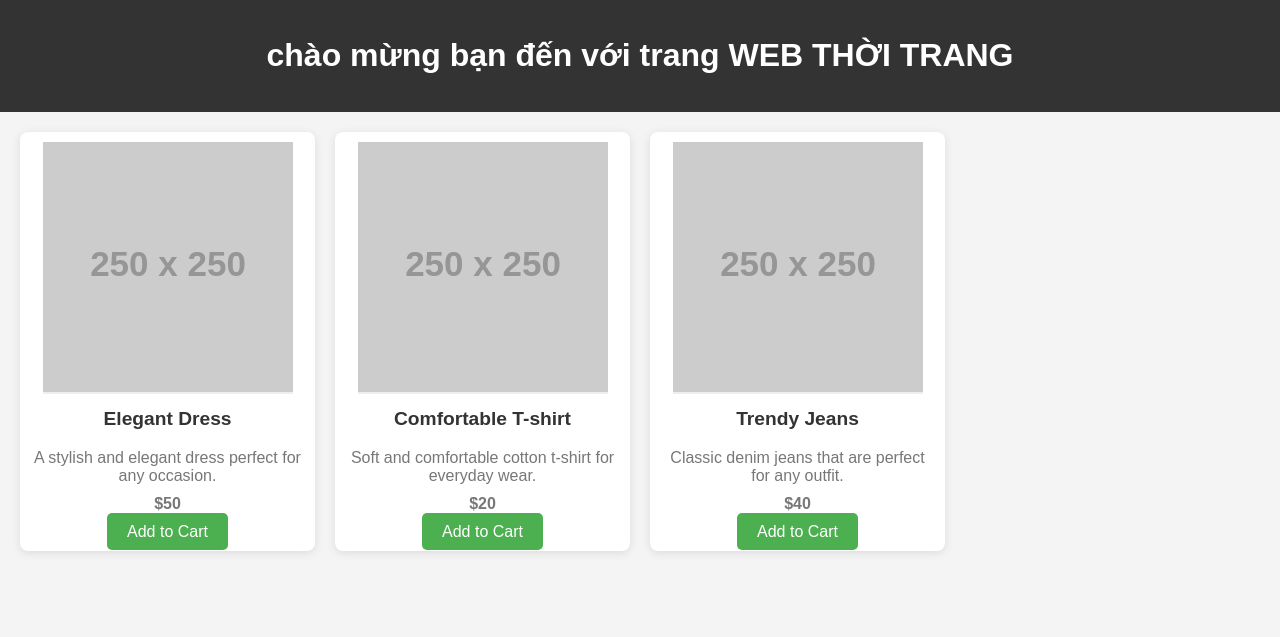
Repository: Thang871/web-thoi-trang
Page: http://localhost/
An editor plug-in stored every save of this project. The page is shown before and after the next save, followed by the edit.
The browser window is 1280 px wide. The pictures show the whole page.
The page is served by the project's application, run on Flask 3 (app.py).

Above is the page before, as saved 2024-11-25 08:27:19.

### templates/products.html
<!DOCTYPE html>
<html lang="en">
<head>
    <meta charset="UTF-8">
    <meta name="viewport" content="width=device-width, initial-scale=1.0">
    <title>Our Fashion Products</title>
    <style>
        body {
            font-family: Arial, sans-serif;
            background-color: #f4f4f4;
            margin: 0;
            padding: 0;
        }
        header {
            background-color: #333;
            color: white;
            text-align: center;
            padding: 1em;
        }
        .product-container {
            display: grid;
            grid-template-columns: repeat(auto-fill, minmax(250px, 1fr));
            gap: 20px;
            padding: 20px;
        }
        .product {
            background: white;
            border-radius: 8px;
            box-shadow: 0 2px 10px rgba(0, 0, 0, 0.1);
            overflow: hidden;
            text-align: center;
            padding: 10px;
        }
        .product img {
            max-width: 100%;
            height: auto;
            border-bottom: 2px solid #eee;
        }
        .product h3 {
            color: #333;
            font-size: 1.2em;
            margin-top: 10px;
        }
        .product p {
            color: #777;
            font-size: 1em;
            margin: 10px 0;
        }
        .price {
            color: #e91e63;
            font-size: 1.4em;
            font-weight: bold;
        }
        .btn-add-to-cart {
            background-color: #4CAF50;
            color: white;
            padding: 10px 20px;
            border: none;
            border-radius: 5px;
            cursor: pointer;
            text-decoration: none;
        }
        .btn-add-to-cart:hover {
            background-color: #45a049;
        }
    </style>
</head>
<body>

    <!-- Header -->
    <header>
        <h1>chào mừng bạn đến với trang WEB THỜI TRANG</h1>
    </header>

    <!-- Product Grid -->
    <div class="product-container">
        <!-- Product 1 -->
        <div class="product">
            <img src="https://via.placeholder.com/250x250" alt="Dress">
            <h3>Elegant Dress</h3>
            <p>A stylish and elegant dress perfect for any occasion.</p>
            <p class="price">$50</p>
            <a href="#" class="btn-add-to-cart">Add to Cart</a>
        </div>

        <!-- Product 2 -->
        <div class="product">
            <img src="https://via.placeholder.com/250x250" alt="T-shirt">
            <h3>Comfortable T-shirt</h3>
            <p>Soft and comfortable cotton t-shirt for everyday wear.</p>
            <p class="price">$20</p>
            <a href="#" class="btn-add-to-cart">Add to Cart</a>
        </div>

        <!-- Product 3 -->
        <div class="product">
            <img src="https://via.placeholder.com/250x250" alt="Jeans">
            <h3>Trendy Jeans</h3>
            <p>Classic denim jeans that are perfect for any outfit.</p>
            <p class="price">$40</p>
            <a href="#" class="btn-add-to-cart">Add to Cart</a>
        </div>
    </div>

</body>
</html>

### app.py
from flask import Flask, render_template, session, redirect, url_for

app = Flask(__name__)
app.secret_key = 'your_secret_key'  # Mã bí mật cho session

# Dữ liệu sản phẩm mẫu
products = [
    {'id': 1, 'name': 'Elegant Dress', 'description': 'A stylish and elegant dress perfect for any occasion.', 'price': 50.00, 'image': 'dress.jpg'},
    {'id': 2, 'name': 'Comfortable T-shirt', 'description': 'Soft and comfortable cotton t-shirt for everyday wear.', 'price': 20.00, 'image': 'tshirt.jpg'},
    {'id': 3, 'name': 'Trendy Jeans', 'description': 'Classic denim jeans that are perfect for any outfit.', 'price': 40.00, 'image': 'jeans.jpg'}
]

@app.route('/')
def home():
    return render_template('products.html', products=products)

@app.route('/add_to_cart/<int:product_id>')
def add_to_cart(product_id):
    product = next((prod for prod in products if prod['id'] == product_id), None)
    if product:
        cart = session.get('cart', [])
        cart.append(product)
        session['cart'] = cart
    return redirect(url_for('home'))

if __name__ == '__main__':
    app.run(debug=True, host='0.0.0.0', port=5000)

After the next save:
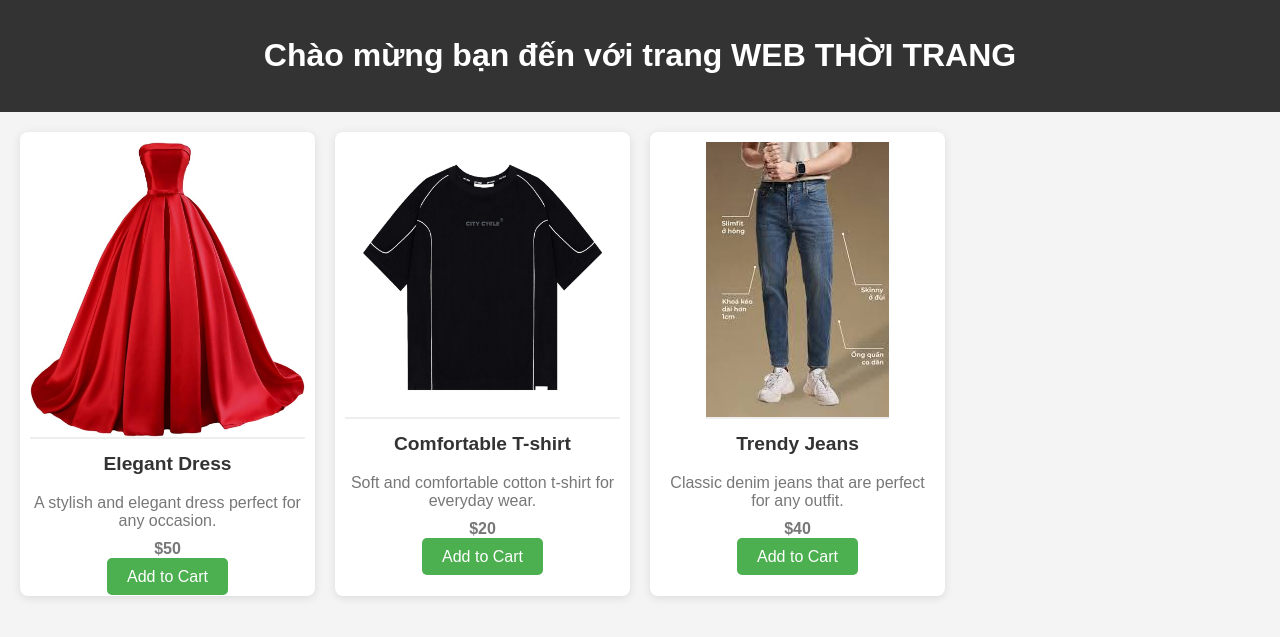
Saved 3 min 0 s later.
--- a/templates/products.html
+++ b/templates/products.html
@@ -69,14 +69,14 @@
 
     <!-- Header -->
     <header>
-        <h1>chào mừng bạn đến với trang WEB THỜI TRANG</h1>
+        <h1>Chào mừng bạn đến với trang WEB THỜI TRANG</h1>
     </header>
 
     <!-- Product Grid -->
     <div class="product-container">
         <!-- Product 1 -->
         <div class="product">
-            <img src="https://via.placeholder.com/250x250" alt="Dress">
+            <img src="{{ url_for('static', filename='images/dress.jpg') }}" alt="Dress">
             <h3>Elegant Dress</h3>
             <p>A stylish and elegant dress perfect for any occasion.</p>
             <p class="price">$50</p>
@@ -85,7 +85,7 @@
 
         <!-- Product 2 -->
         <div class="product">
-            <img src="https://via.placeholder.com/250x250" alt="T-shirt">
+            <img src="{{ url_for('static', filename='images/tshirt.jpg') }}" alt="T-shirt">
             <h3>Comfortable T-shirt</h3>
             <p>Soft and comfortable cotton t-shirt for everyday wear.</p>
             <p class="price">$20</p>
@@ -94,7 +94,7 @@
 
         <!-- Product 3 -->
         <div class="product">
-            <img src="https://via.placeholder.com/250x250" alt="Jeans">
+            <img src="{{ url_for('static', filename='images/jeans.jpg') }}" alt="Jeans">
             <h3>Trendy Jeans</h3>
             <p>Classic denim jeans that are perfect for any outfit.</p>
             <p class="price">$40</p>
